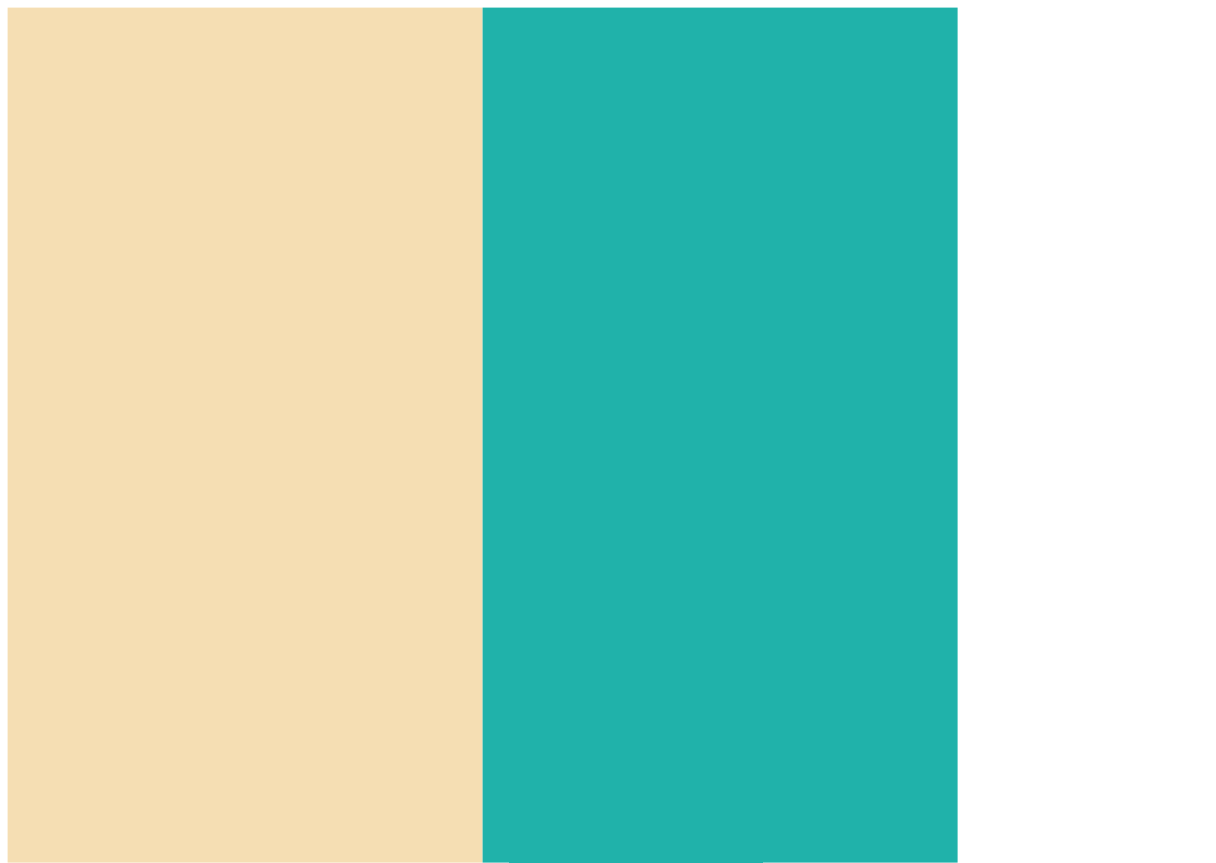
Repository: Tobby004/bdc-assignment-3
Page: task.html
These files come from the project's save history. The page is drawn as it stood at one moment and after the next save; the edit follows.
The browser window is 1280 px wide. The pictures show the whole page, at 95% of full size.

Above is the page before, as saved 2023-02-21 02:24:28.

After the next save:
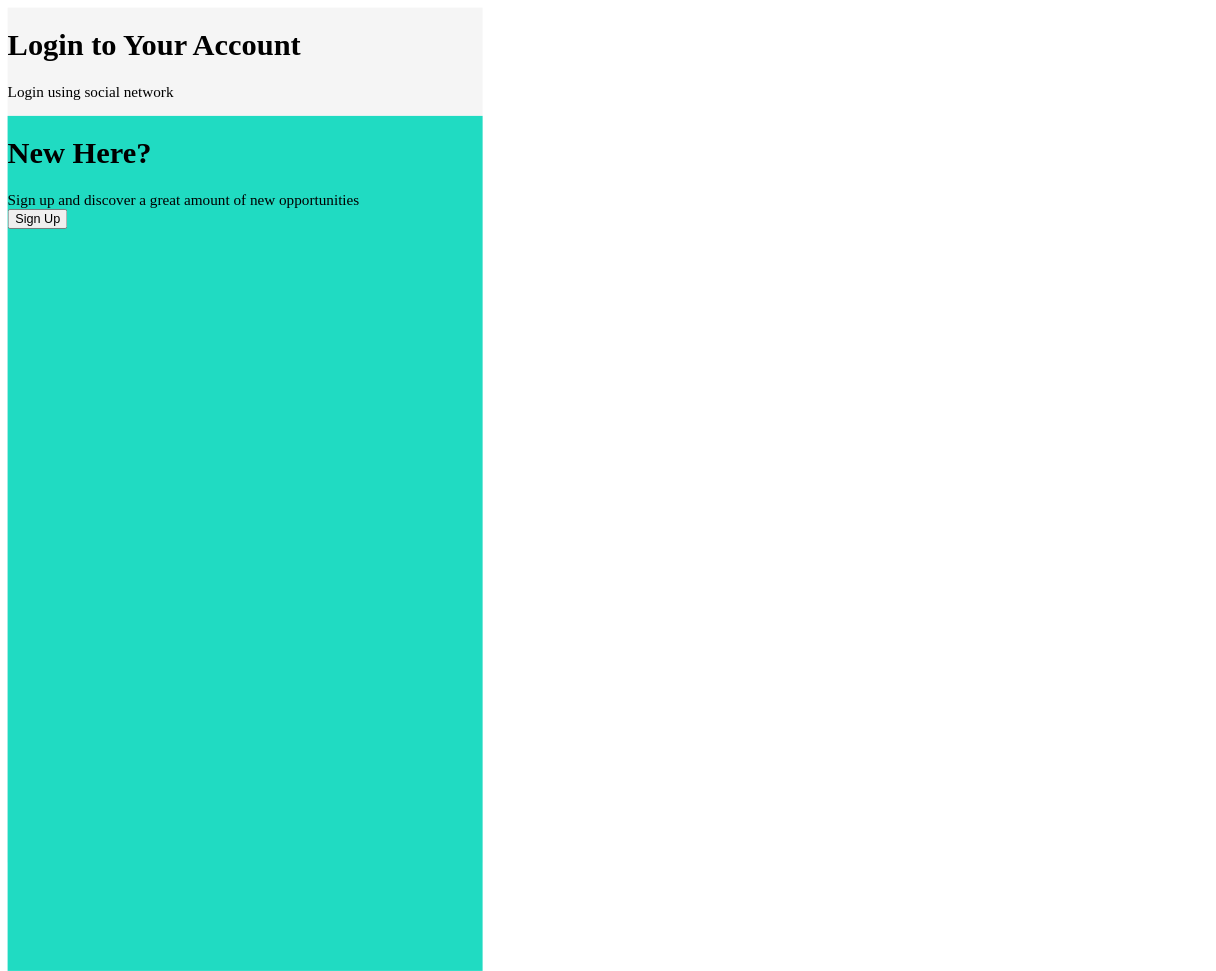
Saved 22 min 37 s later.
--- a/task.html
+++ b/task.html
@@ -10,9 +10,15 @@
 <body>
     <div class="box-container">
     <div class="box1">
+     <h1>Login to Your Account</h1>
+     <p>Login using social network</p>
+     <div class
 
     </div>
     <div class="box2">
+        <h1>New Here?</h1>
+        <div>Sign up and discover a great amount of new opportunities</div>
+        <button>Sign Up</button>
 
     </div>
 
--- a/task.css
+++ b/task.css
@@ -11,16 +11,16 @@ box.container {
     float: left;
      width: 500px;
      height: 900px;
-     background-color: wheat;
+     background-color: whitesmoke;
 }
 .box2 {
 float: left;
 width: 500px;
 height: 900px;
-background-color: lightseagreen;
+background-color: #20dbc2;
 }
 body {
-    background-color: white;
+
 }
 header img {
     width: 100px;
